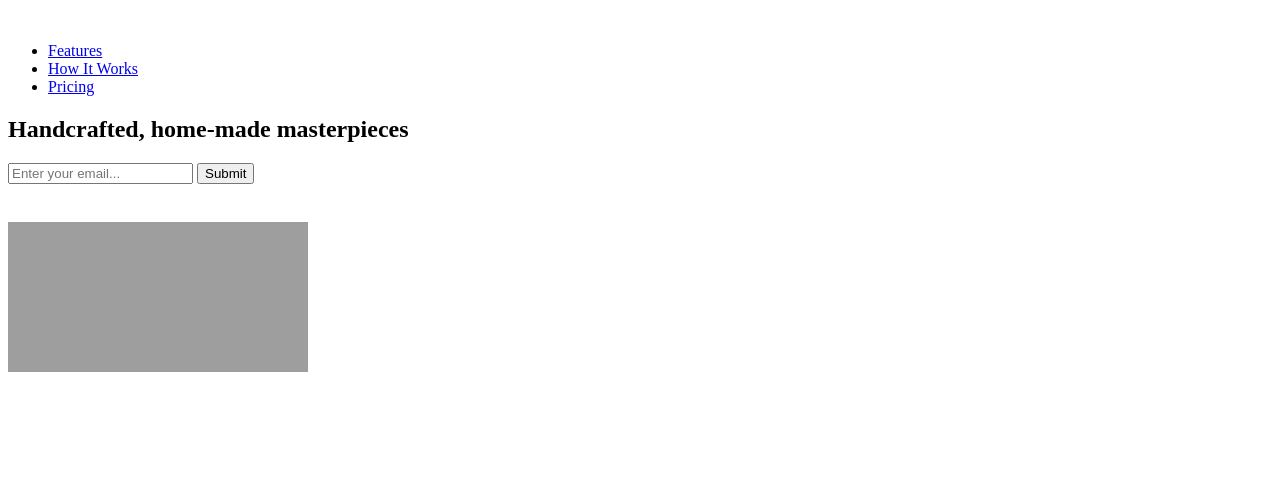
Repository: Lungdjos/product_landing_page_certification
Page: index.html
These files come from the project's save history. The page is drawn as it stood at one moment and after the next save; the edit follows.
The browser window is 1280 px wide. The pictures show the whole page.
Pictures or frames that could not be fetched are drawn as grey boxes.

Above is the page before, as saved 2023-12-17 23:40:31.

### index.html
<!DOCTYPE html>
<html lang="en">

<head>
    <meta charset="UTF-8">
    <meta name="viewport" content="width=device-width, initial-scale=1.0">
    <title>Product Landing Page</title>
    <link rel="stylesheet" href="./styles.css">
</head>

<body>
    <header id="header">
        <img src="" alt="" id="header-img">
        <nav id="nav-bar">
            <ul>
                <li>
                    <a href="#features" class="nav-link">Features</a>
                </li>
                <li>
                    <a href="#how-it-works" class="nav-link">How It Works</a>
                </li>
                <li>
                    <a href="#pricing" class="nav-link">Pricing</a>
                </li>
            </ul>
        </nav>
    </header>
    <main>
        <section id="home">
            <h2 id="title">Handcrafted, home-made masterpieces</h2>
            <form action="https://www.freecodecamp.com/email-submit" id="form">
                <input type="email" id="email" name="email" placeholder="Enter your email...">
                <input type="submit" id="submit">
            </form>
        </section>
        <section id="features">
            <div class="first-feature">
                <img src="" alt="" class="ft-img">
                <h2 class="ft-heading"></h2>
                <p class="ft-paragraph"></p>
            </div>

        </section>
        <section id="how-it-works">
            <iframe src="https://www.youtube.com/watch?v=Ngyygp2oSRk" title="miraclous healing" frameborder="0" id="video"></iframe>
        </section>
        <section id="pricing"></section>
    </main>
</body>

</html>

</html>

</html>

### styles.css
/* Page Stylings */

* {
    box-sizing: border-box;
}

After the next save:
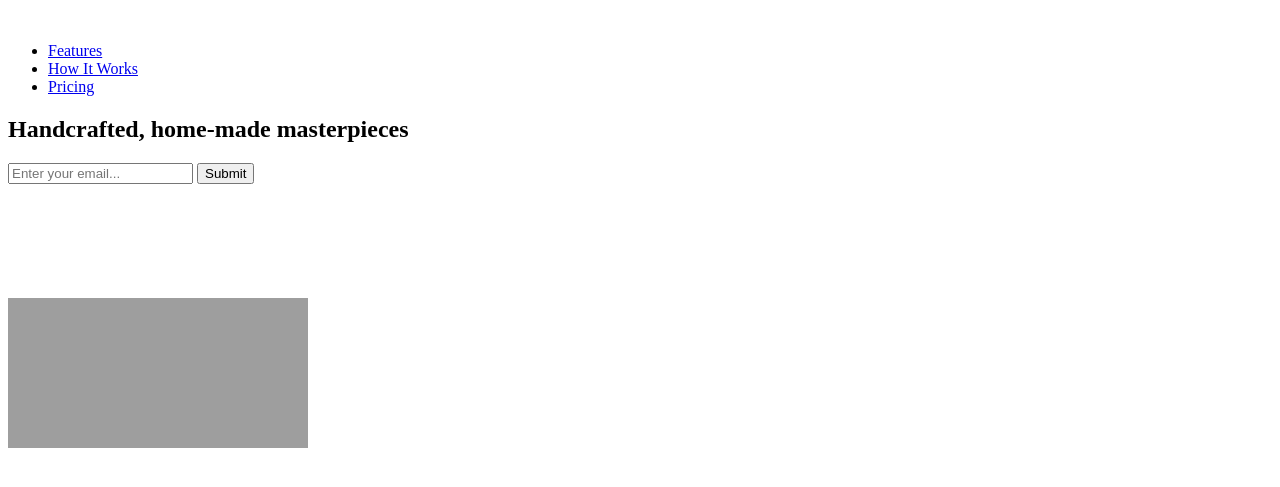
Saved 18 s later.
--- a/index.html
+++ b/index.html
@@ -39,6 +39,16 @@
                 <h2 class="ft-heading"></h2>
                 <p class="ft-paragraph"></p>
             </div>
+            <div class="first-feature">
+                <img src="" alt="" class="ft-img">
+                <h2 class="ft-heading"></h2>
+                <p class="ft-paragraph"></p>
+            </div>
+            <div class="first-feature">
+                <img src="" alt="" class="ft-img">
+                <h2 class="ft-heading"></h2>
+                <p class="ft-paragraph"></p>
+            </div>
 
         </section>
         <section id="how-it-works">
